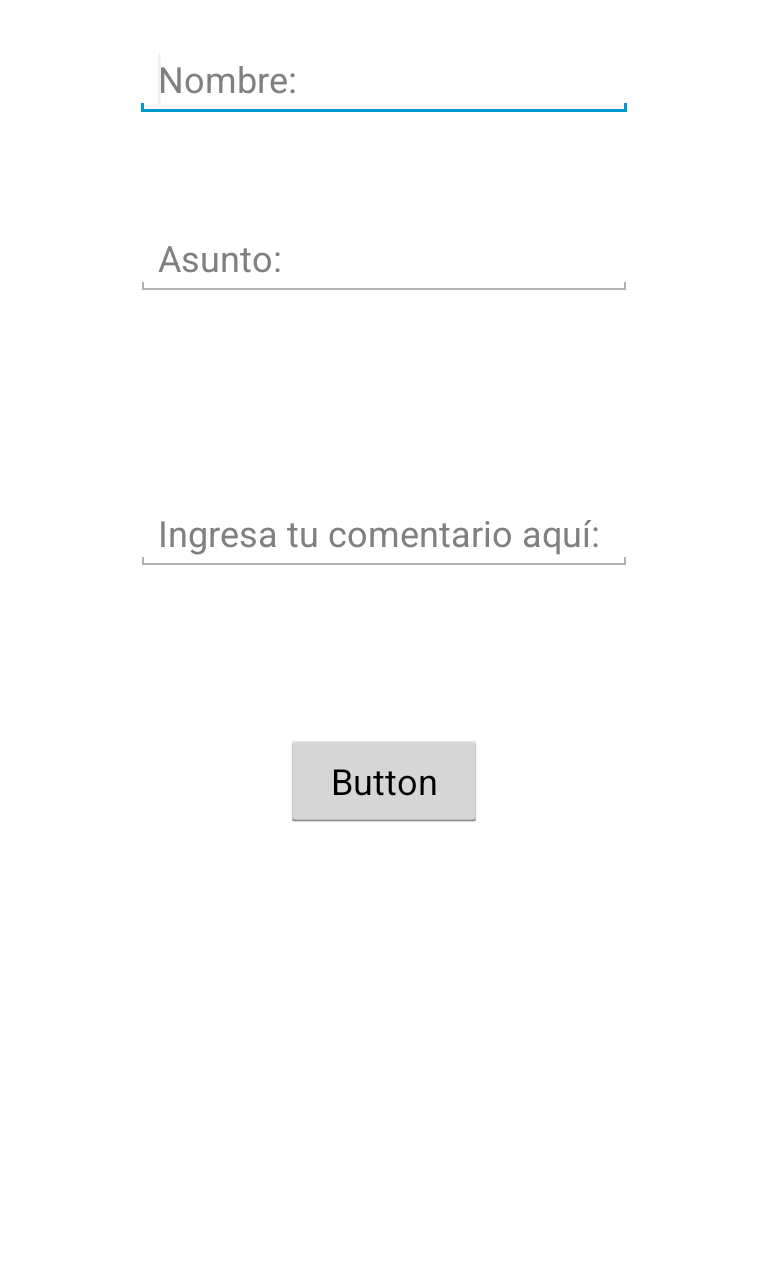
Repository: armandobs94/Dental.App
Layout: AplicacionMovil/DentalApp/Dental.App/res/layout/layout_contacto.xml
These files come from the project's save history. The layout is drawn as it stood at one moment and after the next save; the edit follows.
It is drawn on a 768 x 1280 px phone screen (xhdpi) without system bars, with theme AppTheme; the app's code is not run.

Above is the layout before, as saved 2015-06-13 03:43:18.

### AplicacionMovil/DentalApp/Dental.App/res/layout/layout_contacto.xml
<?xml version="1.0" encoding="utf-8"?>
<RelativeLayout xmlns:android="http://schemas.android.com/apk/res/android"
    android:layout_width="match_parent"
    android:layout_height="match_parent" >

    <ScrollView
        android:id="@+id/scrollView1"
        android:layout_width="wrap_content"
        android:layout_height="wrap_content"
        android:layout_alignParentBottom="true"
        android:layout_alignParentLeft="true"
        android:layout_alignParentRight="true"
        android:layout_alignParentTop="true" >

        <LinearLayout
            android:layout_width="match_parent"
            android:layout_height="60dp"
            android:layout_marginTop="20dp"
            android:orientation="vertical" >

            <EditText
                android:id="@+id/editText1"
                android:hint="@string/campoNombre"
                android:layout_width="250dp"
                android:layout_height="wrap_content"
                android:layout_gravity="center_horizontal"
                android:ems="10" >

                <requestFocus />
            </EditText>

            <EditText
                android:id="@+id/editText2"
                android:layout_width="250dp"
                android:layout_height="wrap_content"
                android:layout_gravity="center_horizontal"
                android:ems="10"
                android:layout_marginTop="50dp"
                android:hint="@string/campoAsunto" />

            <EditText
                android:id="@+id/editText3"
                android:layout_width="250dp"
                android:layout_height="wrap_content"
                android:layout_gravity="center_horizontal"
                android:layout_marginTop="25dp"
                android:ems="10"
                android:hint="@string/campoComentario"
                android:inputType="textMultiLine"
                android:paddingTop="80dp" />

            <Button
                android:id="@+id/button1"
                android:layout_margin="80dp"
                android:layout_width="100dp"
                android:layout_gravity="center_horizontal"
                android:layout_height="wrap_content"
                android:text="Button" />

        </LinearLayout>
    </ScrollView>

</RelativeLayout>

### AplicacionMovil/DentalApp/Dental.App/res/values/strings.xml
<?xml version="1.0" encoding="utf-8"?>
<resources>

    <string name="app_name">Dental.App</string>
    <string name="action_settings">Configuración</string>
    <string name="hello_world">Hello world!</string>
    <string name="Usuario">Usuario:</string>
    <string name="Contra">Contraseña:</string>
    <string name="Entrar">Entrar</string>
    <string name="campoNombre">Nombre:</string>
    <string name="campoAsunto">Asunto:</string>
    <string name="campoComentario">Ingresa tu comentario aquí:</string>
    <string name="campo_cita">Tu cita es:</string>
    <string name="campoHorario">Horario:</string>
    <string name="botonEnviar">Enviar</string>
    <string name="titleContacto">Contacto</string>
    <item name="Contacto" type="id"/>
    <string name="titlePago">Pago</string>
    <item name="Pagar" type="id"/>

</resources>

Loaded but not shown: AplicacionMovil/DentalApp/Dental.App/res/values/styles.xml (common file); AplicacionMovil/DentalApp/Dental.App/res/values-v11/styles.xml (common file); AplicacionMovil/DentalApp/Dental.App/res/values-v14/styles.xml (common file)

After the next save:
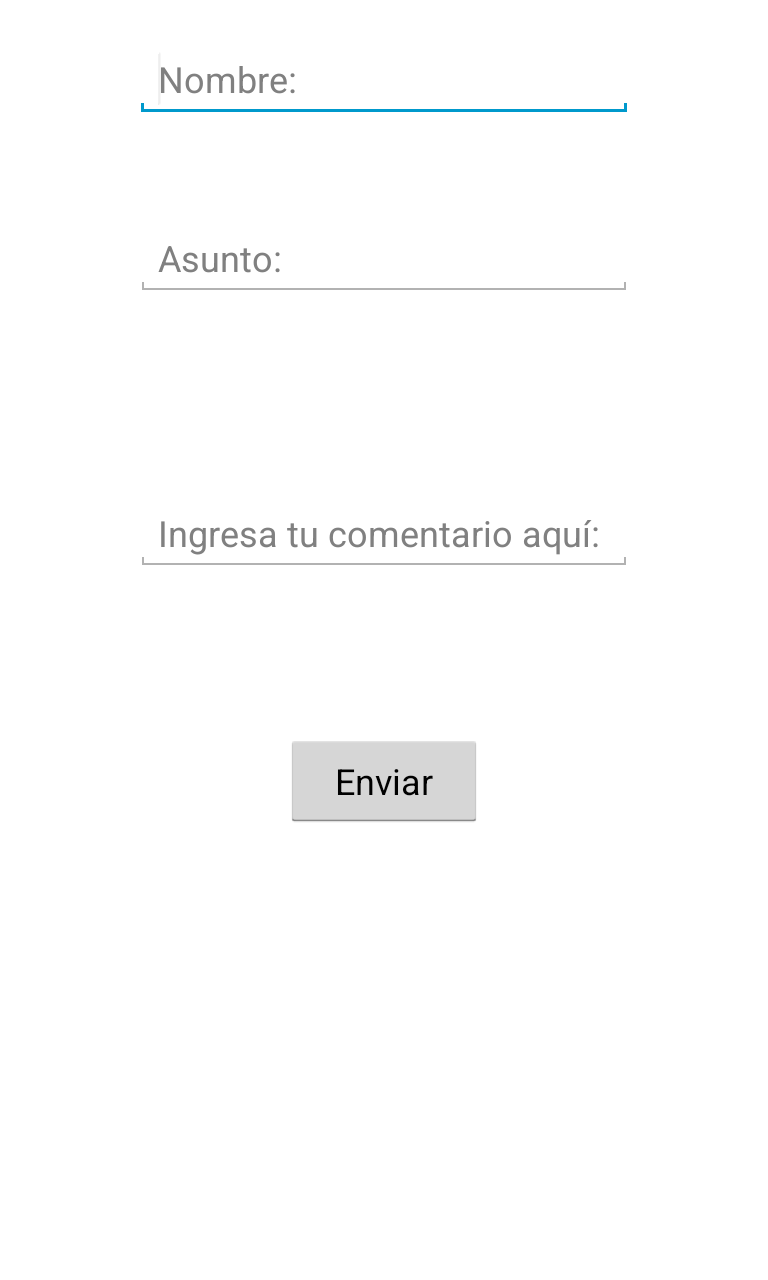
Saved 17 s later.
--- a/AplicacionMovil/DentalApp/Dental.App/res/layout/layout_contacto.xml
+++ b/AplicacionMovil/DentalApp/Dental.App/res/layout/layout_contacto.xml
@@ -55,7 +55,7 @@
                 android:layout_width="100dp"
                 android:layout_gravity="center_horizontal"
                 android:layout_height="wrap_content"
-                android:text="Button" />
+                android:text="@string/botonEnviar" />
 
         </LinearLayout>
     </ScrollView>
